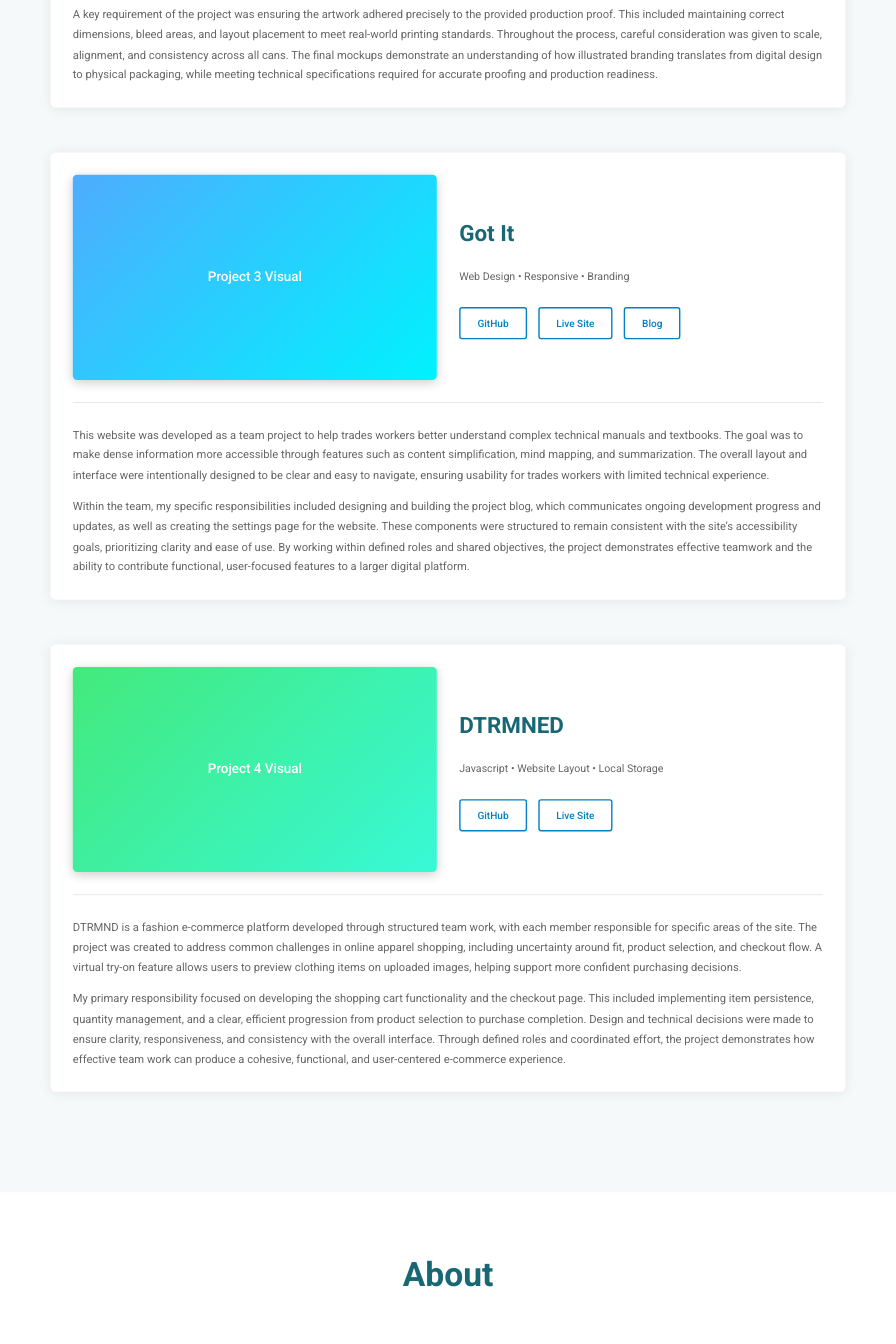
Repository: DonaldCWong/portfolio
Page: index.html
These files come from the project's save history. The page is drawn as it stood at one moment and after a run of saves; the edit follows.
The browser window is 1280 px wide. The pictures show the part of the page from y = 2144 to 4064 px (the page is 4852 px tall before and 4867 px after), at 70% of full size.

Above is the page before, as saved 2026-01-12 20:15:20.

After the next 2 saves:
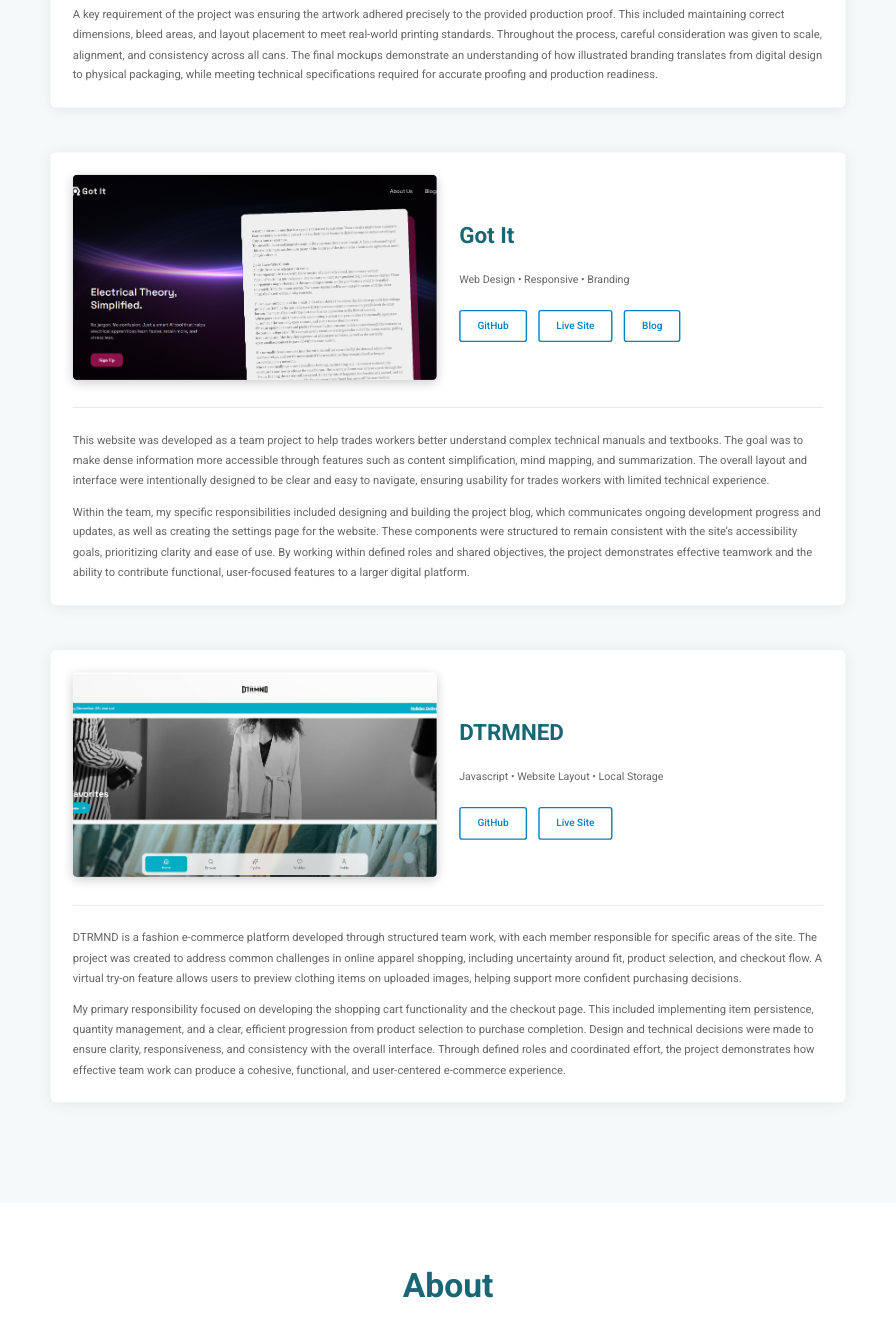
The 2 saves are shown as one change because they came seconds apart.
The last was saved 8 min 9 s later.
--- a/index.html
+++ b/index.html
@@ -89,9 +89,7 @@
             <article class="project">
                 <div class="project-header">
                     <div class="project-visual">
-                        <div class="project-image-placeholder project-3">
-                            <span>Project 3 Visual</span>
-                        </div>
+                        <img src="src/assets/GotItSite.png" alt="Got It Site" class="project-image">
                     </div>
                     <div class="project-info">
                         <h3 class="project-title">Got It</h3>
@@ -117,9 +115,7 @@
             <article class="project">
                 <div class="project-header">
                     <div class="project-visual">
-                        <div class="project-image-placeholder project-4">
-                            <span>Project 4 Visual</span>
-                        </div>
+                        <img src="src/assets/DTRMNEDsite.png" alt="DTRMNED Site" class="project-image">
                     </div>
                     <div class="project-info">
                         <h3 class="project-title">DTRMNED</h3>
